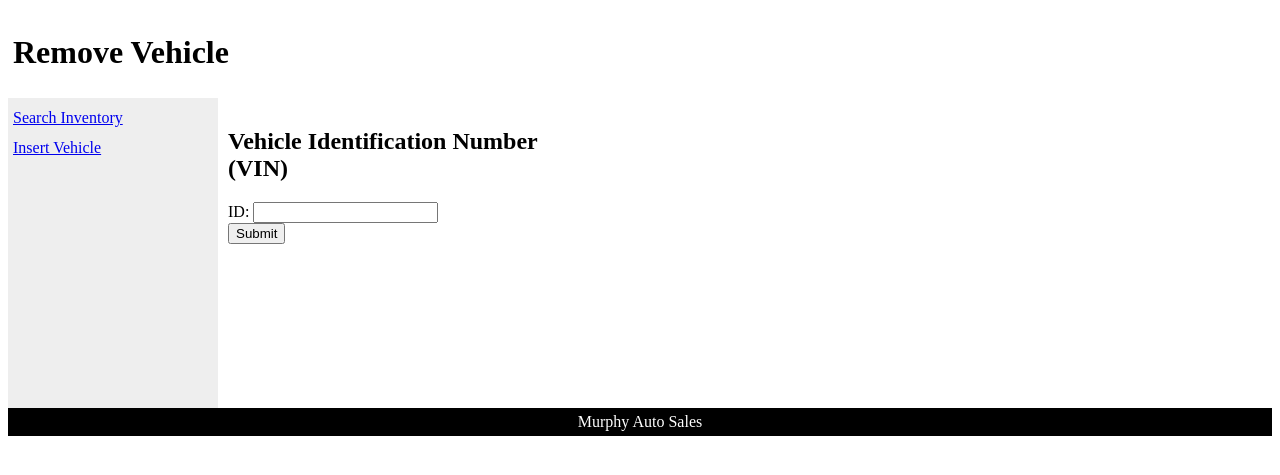
Repository: CamdenMurphy/workspace4830-intro-to-software-engineering
Page: techExercise/techExercise-Murphy/src/main/webapp/delete_murphy.html
An editor plug-in stored every save of this project. The page is shown before and after the next save, followed by the edit.
The browser window is 1280 px wide. The pictures show the whole page.

Above is the page before, as saved 2023-10-12 06:06:03.

After the next save:
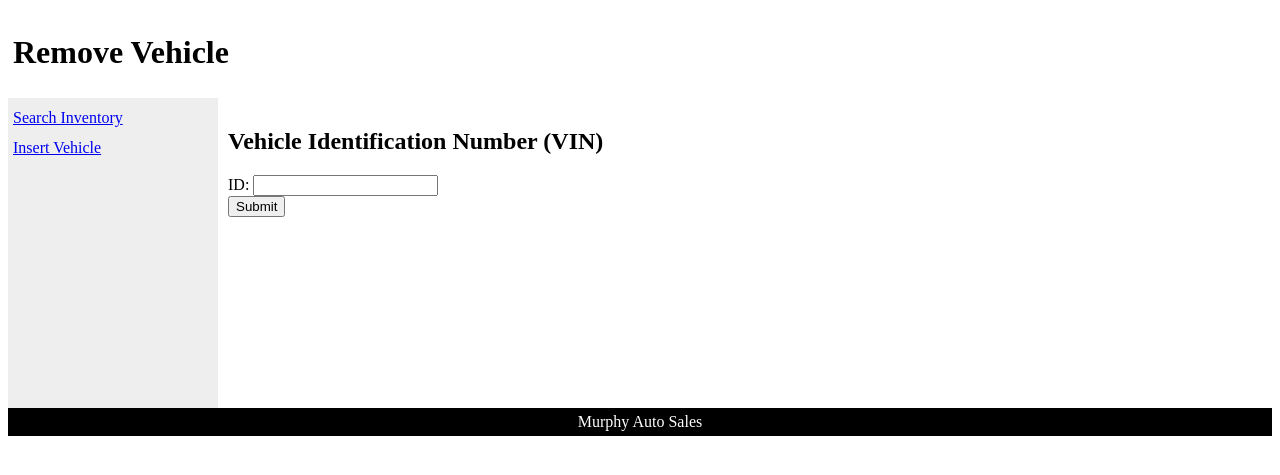
Saved 52 s later.
--- a/techExercise/techExercise-Murphy/src/main/webapp/delete_murphy.html
+++ b/techExercise/techExercise-Murphy/src/main/webapp/delete_murphy.html
@@ -13,7 +13,7 @@ nav {
     padding:5px;
 }
 section {
-    width:350px;
+    width:500px;
     float:left;
     padding:10px;
 }
